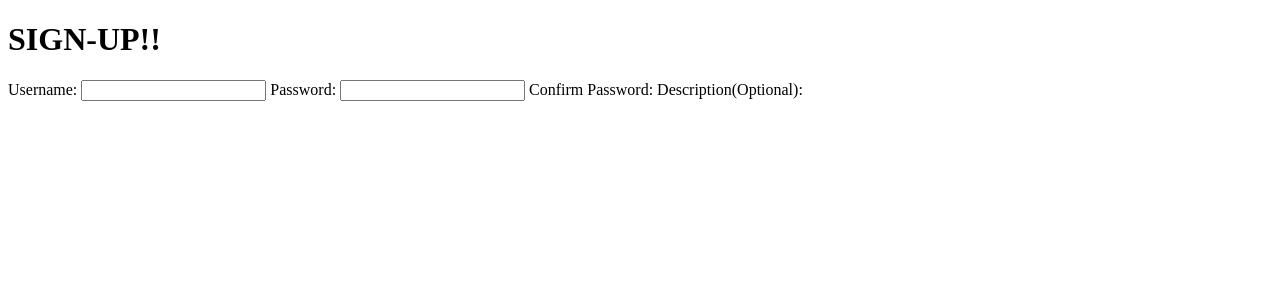
Repository: claudesedillo/WEBAPDE-MP2
Page: MP2 Workplace/WEBAPDE-MP2Q/WebContent/signup.html
An editor plug-in stored every save of this project. The page is shown before and after a run of saves, followed by the edit.
The browser window is 1280 px wide. The pictures show the whole page.

Above is the page before, as saved 2017-07-21 17:57:17.

### MP2 Workplace/WEBAPDE-MP2Q/WebContent/signup.html
<!DOCTYPE html>
<html>
<head>
<meta charset="ISO-8859-1">
<title>Insert title here</title>
</head>
<body>
	<h1>SIGN-UP!!</h1>

	<form method="POST" action="register">
		Username: <input type="text">
		Password: <input type="Password">
		Confirm Password:
		Description(Optional):
	</form>
</body>
</html>

After the next 2 saves:
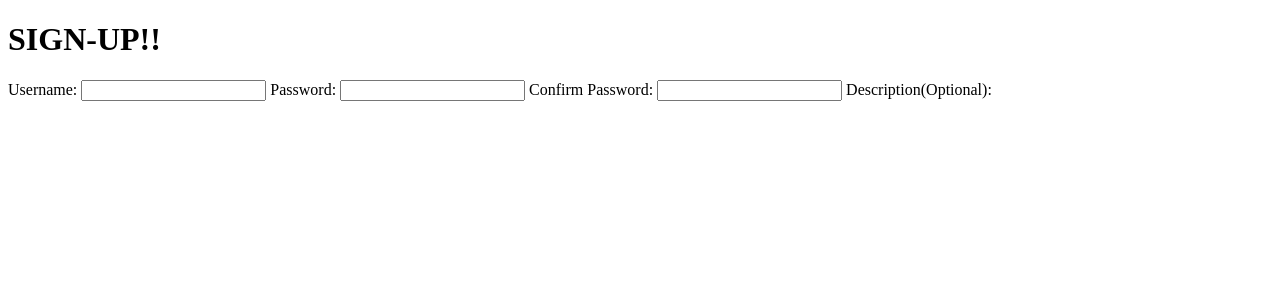
The 2 saves are shown as one change because they came seconds apart.
The last was saved 8 s later.
--- a/MP2 Workplace/WEBAPDE-MP2Q/WebContent/signup.html
+++ b/MP2 Workplace/WEBAPDE-MP2Q/WebContent/signup.html
@@ -9,8 +9,8 @@
 
 	<form method="POST" action="register">
 		Username: <input type="text">
-		Password: <input type="Password">
-		Confirm Password:
+		Password: <input type="password">
+		Confirm Password: <input type="password">
 		Description(Optional):
 	</form>
 </body>
